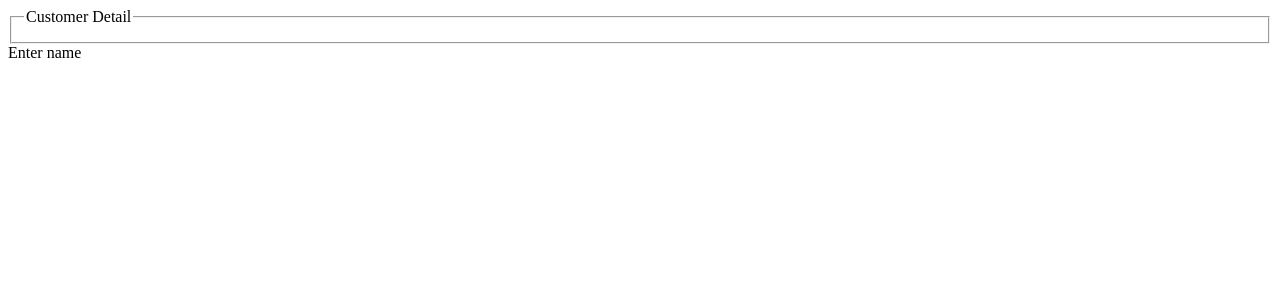
Repository: viram703/SpringBoot
Page: http://localhost/BootJpa/home.jsp
These files come from the project's save history. The page is drawn as it stood at one moment and after the next save; the edit follows.
The browser window is 1280 px wide. The pictures show the whole page.
The page is served by Tomcat 9. Other server files are loaded and not shown.

Above is the page before, as saved 2020-02-21 09:08:44.

### Boot/BootJpa/src/main/webapp/home.jsp
<%@ page language="java" contentType="text/html; charset=ISO-8859-1"
    pageEncoding="ISO-8859-1"%>
<!DOCTYPE html>
<html>
<head>
<meta charset="ISO-8859-1">
<title>Insert title here</title>
</head>
<body>

	<form action="addCustomer">
		<fieldset>
			<legend>Customer Detail</legend>
		</fieldset>
		<label>Enter name</label>
	</form>

</body>
</html>

After the next save:
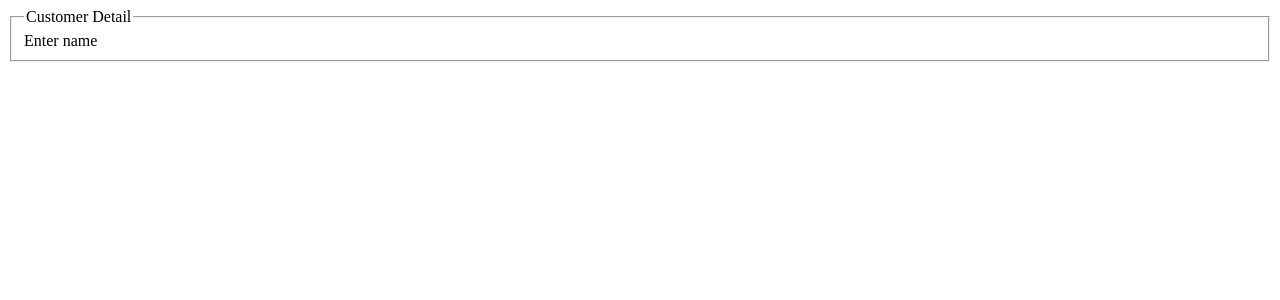
Saved 11 s later.
--- a/Boot/BootJpa/src/main/webapp/home.jsp
+++ b/Boot/BootJpa/src/main/webapp/home.jsp
@@ -11,8 +11,10 @@
 	<form action="addCustomer">
 		<fieldset>
 			<legend>Customer Detail</legend>
+					<label>Enter name</label>
+
+
 		</fieldset>
-		<label>Enter name</label>
 	</form>
 
 </body>
